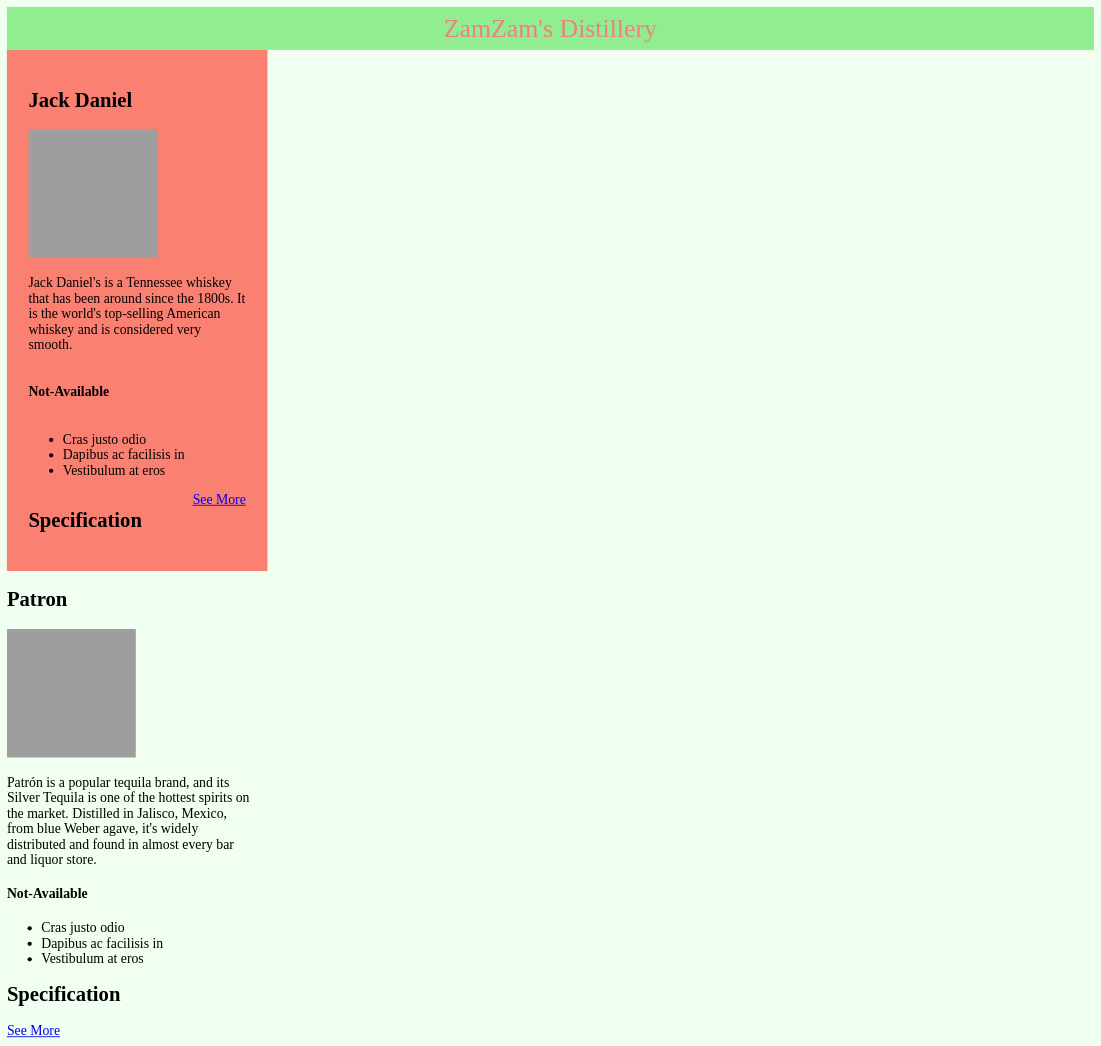
Repository: ZamlZam/REPO-11
Page: product-cards/index.html
The author's editor kept a copy of each file at every save. The page is drawn from the files as they stood at one save, then again after the next save.
The browser window is 1280 px wide. The pictures show the whole page, at 86% of full size.
Pictures or frames that could not be fetched are drawn as grey boxes.

Above is the page before, as saved 2023-04-14 17:09:00.

### product-cards/index.html
<!DOCTYPE html>
<html lang="en">
<head>
  <meta charset="UTF-8">
  <meta http-equiv="X-UA-Compatible" content="IE=edge">
  <meta name="viewport" content="width=device-width, initial-scale=1.0">
  <title>Document</title>
  <link rel="stylesheet" href="main.css">
</head>
<body>

  <div class ="wrapper">
    <div class="header"> ZamZam's Distillery</div>

  <div class="card-wrap">
    <div class="card1" style="width: 18rem;">
      <h2 class="whiskey">Jack Daniel</h2>
     <img src="https://www.finewinedelivery.co.nz/content/products/original/16561.jpg?width=1136" height = "150px" width="150px" alt="">
    <div class="card-body">

      <p class="card-text">Jack Daniel's is a Tennessee whiskey that has been around since the 1800s. It is the world's top-selling American whiskey and is considered very smooth.</p>
    </div>
  </div>
    <h4 class="Available">Not-Available</h4>
    <ul class="list-group list-group-flush">
      <li class="list-group-item">Cras justo odio</li>
      <li class="list-group-item">Dapibus ac facilisis in</li>
      <li class="list-group-item">Vestibulum at eros</li>
    </ul>
    <h2 class="specification">Specification</h2>
    <div class="card-body">
      <a href="#" class="btn btn-primary">See More</a>

    </div>
  </div>
  </div>


  <div class="card-wrap2">
    <div class="card2" style="width: 18rem;">
      <h2 class="tequila">Patron</h2>
     <img src="https://th.bing.com/th/id/OIP.omD1u9-5BvE0kcntTUyq4AHaGJ?pid=ImgDet&rs=1" height = "150px" width="150px" alt="">
    <div class="card-body">

      <p class="card-text">Patrón is a popular tequila brand, and its Silver Tequila is one of the hottest spirits on the market. Distilled in Jalisco, Mexico, from blue Weber agave, it's widely distributed and found in almost every bar and liquor store.</p>
    </div>
  </div>
    <h4 class="Available">Not-Available</h4>
    <ul class="list-group list-group-flush">
      <li class="list-group-item">Cras justo odio</li>
      <li class="list-group-item">Dapibus ac facilisis in</li>
      <li class="list-group-item">Vestibulum at eros</li>
    </ul>
    <h2 class="specification">Specification</h2>
    <div class="card-body">
      <a href="#" class="btn btn-primary">See More</a>

    </div>
  </div>
  </div>
</body>


</html>

### product-cards/main.css
body{
  background-color:honeydew;
}

.wrapper .header {
  width: 100%;
  height: 50px;
  background: lightgreen;
  color: lightcoral;
  text-align: center;
  align-items: center;
  font-size: 30px;
  display:flex;
  justify-content: center;
  font-weight:500;
}

.card-wrap {
  padding: 25px;
  background-color:salmon;
  width: 20%;
  height: 100%;
  display: flex;
  justify-content: space-between;
  flex-wrap: wrap;
}

.card-wrap .card1 {
  padding: 15
}

After the next save:
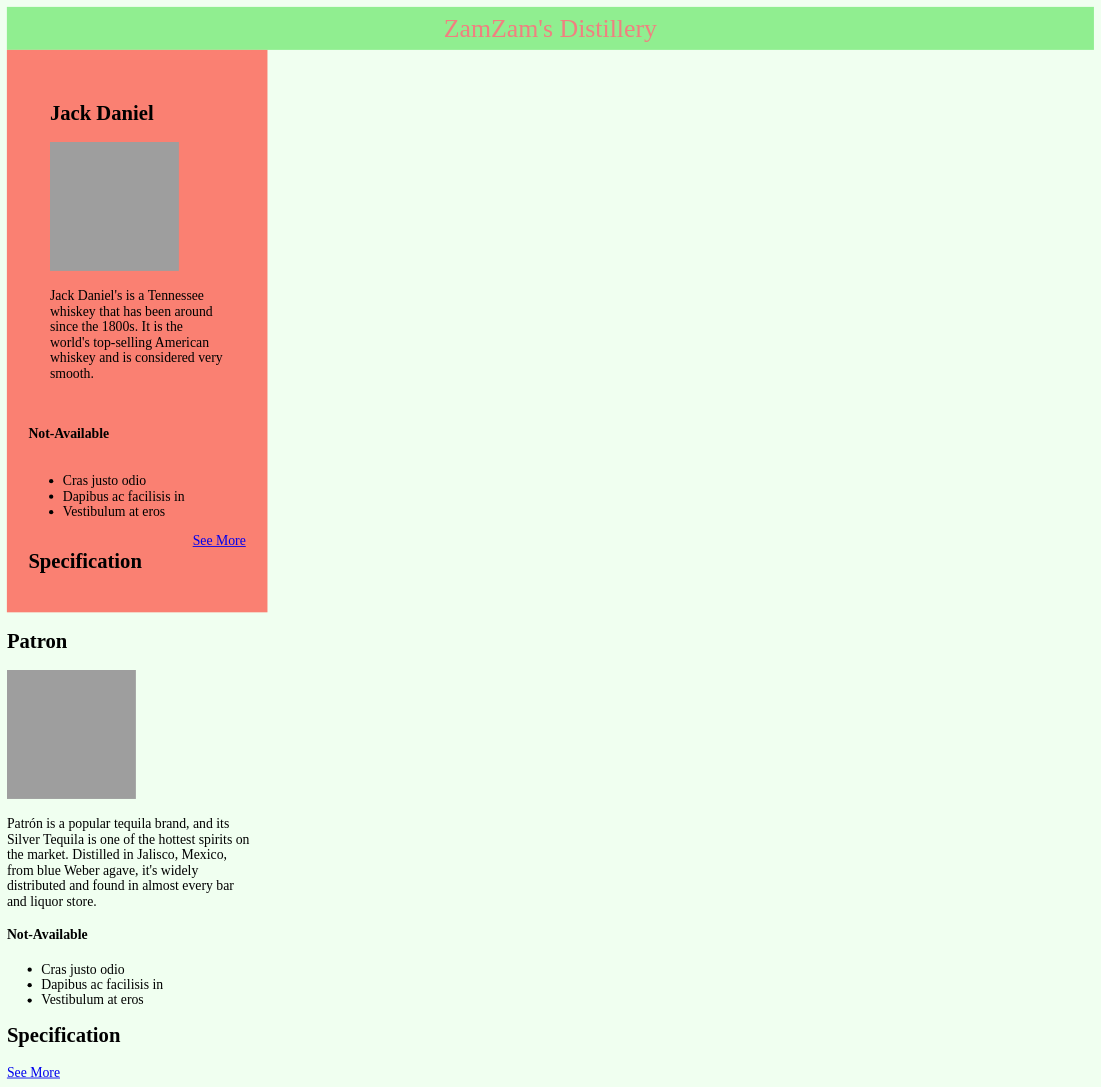
Saved 4 s later.
--- a/product-cards/main.css
+++ b/product-cards/main.css
@@ -26,5 +26,5 @@
 }
 
 .card-wrap .card1 {
-  padding: 15
+  padding: 15px 25px;
 }
